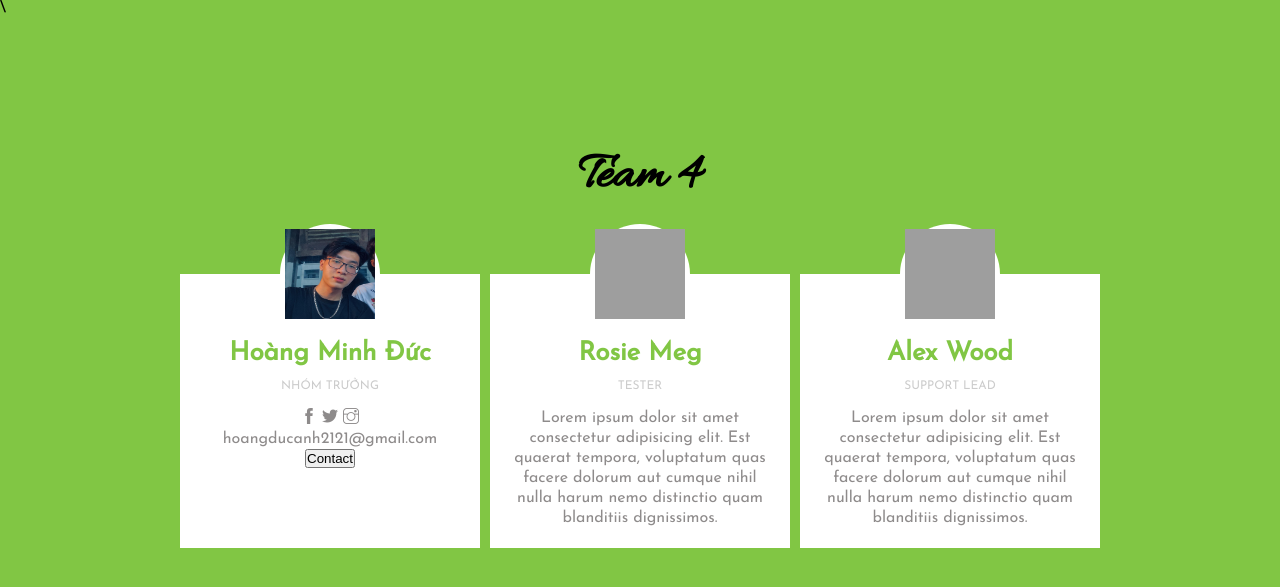
Repository: DuckyNumberONS/webcanhan
Page: index.html
The author's editor kept a copy of each file at every save. The page is drawn from the files as they stood at one save, then again after the next save.
The browser window is 1280 px wide. The pictures show the whole page.
Pictures or frames that could not be fetched are drawn as grey boxes.

Above is the page before, as saved 2022-10-03 07:44:16.

After the next save:
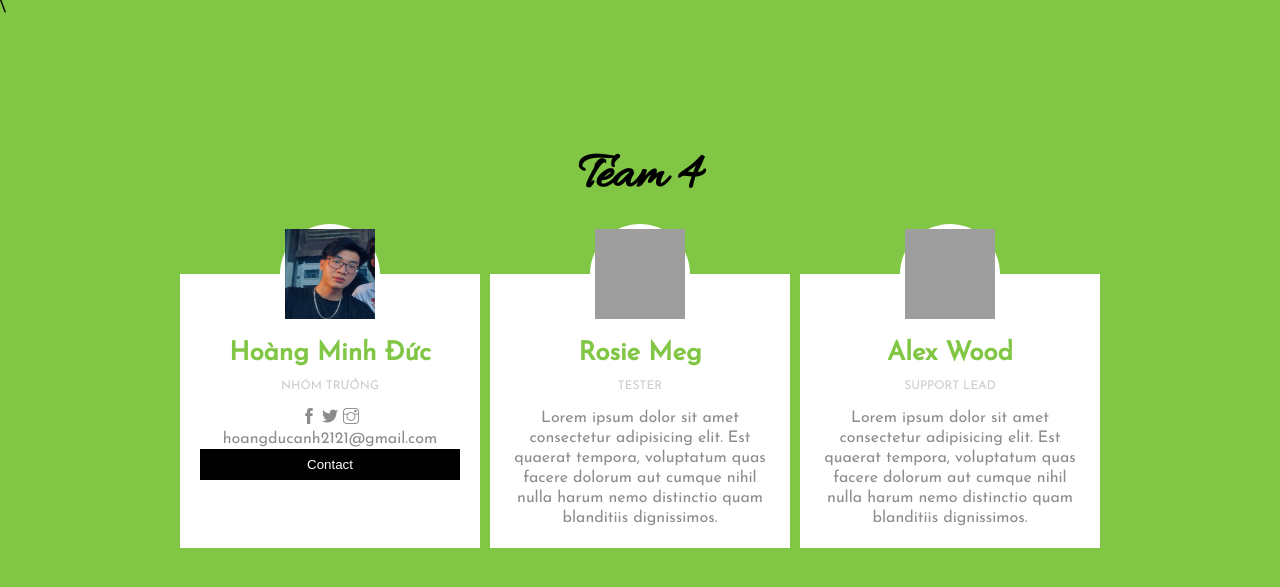
Saved 52 s later.
--- a/styles.css
+++ b/styles.css
@@ -70,3 +70,19 @@ body{
   height: 100px;
   padding: 5px;
 }
+.button {
+  border: none;
+  outline: 0;
+  display: inline-block;
+  padding: 8px;
+  color: white;
+  background-color: #000;
+  text-align: center;
+  cursor: pointer;
+  width: 100%;
+
+}
+
+.button:hover {
+  background-color: #555;
+}
